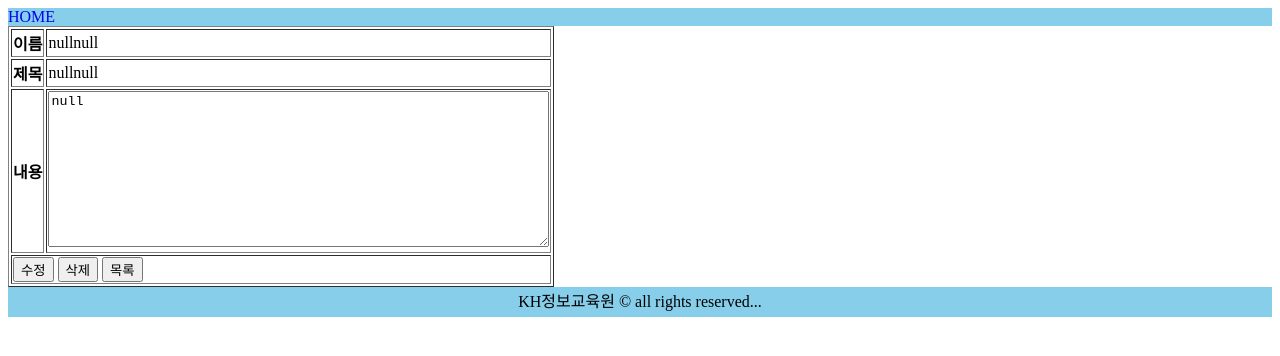
Repository: ChoHyeonJunn/Workspace_WEB
Page: http://localhost/jsp09_mvc/detail.jsp
The author's editor kept a copy of each file at every save. The page is drawn from the files as they stood at one save, then again after the next save.
The browser window is 1280 px wide. The pictures show the whole page.
The page is served by Tomcat 9. Other server files are loaded and not shown.

Above is the page before, as saved 2020-01-15 15:59:56.

### jsp09_mvc/WebContent/detail.jsp
<%@page import="com.mvc.dto.MVCDto"%>
<%@ page language="java" contentType="text/html; charset=UTF-8"
    pageEncoding="UTF-8"%>

<% request.setCharacterEncoding("UTF-8"); %>
<% response.setContentType("text/html; charset=UTF-8");%>
<!DOCTYPE html>
<html>
<head>
<meta charset="UTF-8">
<title>Insert title here</title>
</head>
<body>

	<%
		//MVCDto dto = (MVCDto) request.getAttribute("dto");
	%>
	<jsp:useBean id="dto" class="com.mvc.dto.MVCDto" scope="request"></jsp:useBean>

	<%@ include file="./form/header.jsp"%>
	<form action="mvc.do" action="POST">
		<input type="hidden" name="command" value="updateform">
		<input type="hidden" value="<%=dto.getSEQ()%>" name='SEQ'">

		<table border="1">
			<tr>
				<th>이름</th>
				<td><%=dto.getWRITER() %><jsp:getProperty property="WRITER" name="dto"/></td>
			</tr>
			<tr>
				<th>제목</th>
				<td><%=dto.getTITLE() %><jsp:getProperty property="TITLE" name="dto"/></td>
			</tr>
			<tr>
				<th>내용</th>
				<td><textarea rows="10" cols="60" readonly = "readonly"><jsp:getProperty property="CONTENT" name="dto"/></textarea></td>
			</tr>
			<tr>
				<td colspan = "2">
					<input type="submit" value="수정">
					<input type="button" value="삭제" onclick="location.href='mvc.do?command=delete&SEQ=<jsp:getProperty property="SEQ" name="dto"/>'">
					<input type="button" value="목록" onclick="location.href='mvc.do?command=list'">
				</td>
			</tr>
		</table>

	</form>

	<%@ include file="./form/footer.jsp"%>
</body>
</html>

### jsp09_mvc/WebContent/form/header.jsp
<%@ page language="java" contentType="text/html; charset=UTF-8"
	pageEncoding="UTF-8"%>

<%
	request.setCharacterEncoding("UTF-8");
%>
<%
	response.setContentType("text/html; charset=UTF-8");
%>
<!DOCTYPE html>
<html>
<head>
<meta charset="UTF-8">
<title>Insert title here</title>

<style type="text/css">
header {
	background-color: skyblue;
	hieght: 50px;
}

footer {
	background-color: skyblue;
	height: 30px;
	text-align: center;
	line-height: 30px;
}

a {
	text-decoration: none;
}
</style>
</head>
<body>
	<header><a href="mvc.do?command=list">HOME</a></header>
</body>
</html>

### jsp09_mvc/WebContent/form/footer.jsp
<%@ page language="java" contentType="text/html; charset=UTF-8"
    pageEncoding="UTF-8"%>

<% request.setCharacterEncoding("UTF-8"); %>
<% response.setContentType("text/html; charset=UTF-8");%>
<!DOCTYPE html>
<html>
<head>
<meta charset="UTF-8">
<title>Insert title here</title>
</head>
<body>
	<footer>KH정보교육원 &copy; all rights reserved...</footer>
</body>
</html>

### jsp09_mvc/src/com/mvc/dto/MVCDto.java
package com.mvc.dto;

import java.util.Date;

public class MVCDto {
	private int SEQ;
	private String WRITER;
	private String TITLE;
	private String CONTENT;
	private Date REGDATE;

	public MVCDto() {
		super();
	}

	public MVCDto(int sEQ, String wRITER, String tITLE, String cONTENT, Date rEGDATE) {
		super();
		SEQ = sEQ;
		WRITER = wRITER;
		TITLE = tITLE;
		CONTENT = cONTENT;
		REGDATE = rEGDATE;
	}

	public int getSEQ() {
		return SEQ;
	}

	public void setSEQ(int sEQ) {
		SEQ = sEQ;
	}

	public String getWRITER() {
		return WRITER;
	}

	public void setWRITER(String wRITER) {
		WRITER = wRITER;
	}

	public String getTITLE() {
		return TITLE;
	}

	public void setTITLE(String tITLE) {
		TITLE = tITLE;
	}

	public String getCONTENT() {
		return CONTENT;
	}

	public void setCONTENT(String cONTENT) {
		CONTENT = cONTENT;
	}

	public Date getREGDATE() {
		return REGDATE;
	}

	public void setREGDATE(Date rEGDATE) {
		REGDATE = rEGDATE;
	}

	@Override
	public String toString() {
		return "MVCdto [SEQ=" + SEQ + ", WRITER=" + WRITER + ", TITLE=" + TITLE + ", CONTENT=" + CONTENT + ", REGDATE="
				+ REGDATE + "]";
	}

}

After the next save:
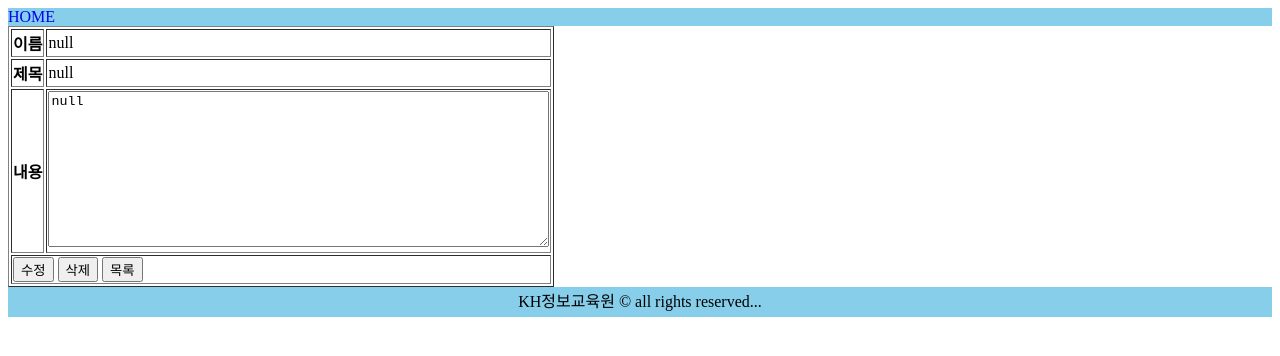
Saved 10 s later.
--- a/jsp09_mvc/WebContent/detail.jsp
+++ b/jsp09_mvc/WebContent/detail.jsp
@@ -25,11 +25,11 @@
 		<table border="1">
 			<tr>
 				<th>이름</th>
-				<td><%=dto.getWRITER() %><jsp:getProperty property="WRITER" name="dto"/></td>
+				<td><jsp:getProperty property="WRITER" name="dto"/></td>
 			</tr>
 			<tr>
 				<th>제목</th>
-				<td><%=dto.getTITLE() %><jsp:getProperty property="TITLE" name="dto"/></td>
+				<td><jsp:getProperty property="TITLE" name="dto"/></td>
 			</tr>
 			<tr>
 				<th>내용</th>
